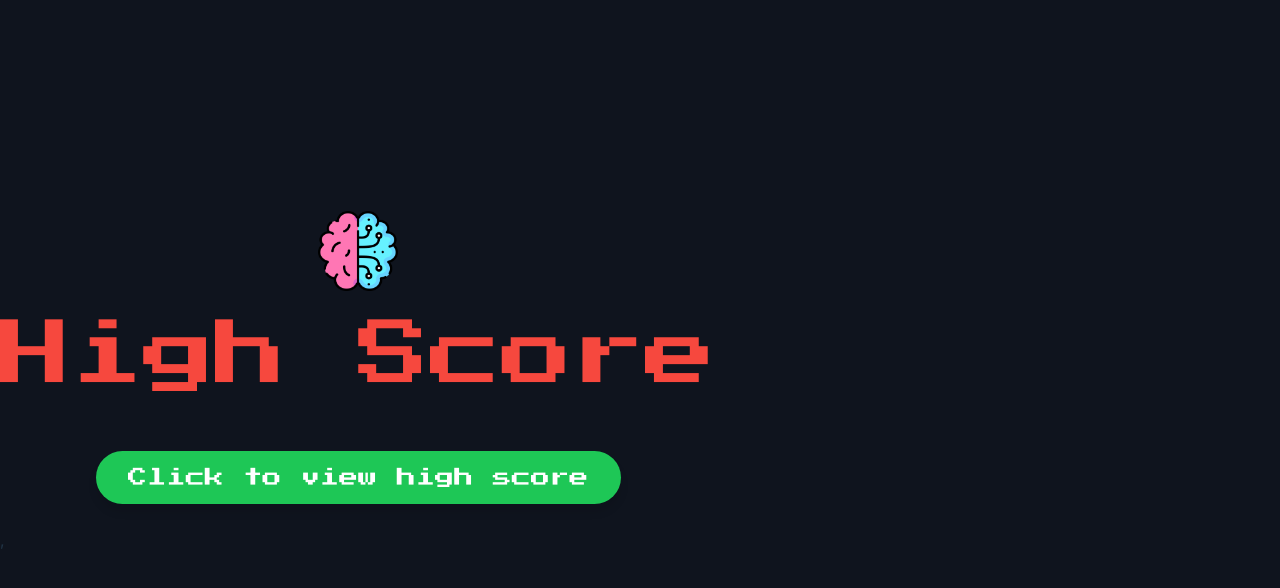
Repository: Shenixo/Color_match_game
Page: /high_score
These files come from the project's save history. The page is drawn as it stood at one moment and after the next save; the edit follows.
The browser window is 1280 px wide. The pictures show the whole page.
The project was rebuilt for these pictures with package versions that can differ from the ones it lists, and the page was loaded fresh each time. Also part of the build but not shown: vite.config.js, src/Components/Card/Card.css, src/Components/Card/Card.jsx, src/Pages/Home/Home.jsx, src/Pages/Rules/Rules.css, src/Pages/Rules/Rules.jsx, src/Pages/Sound/Sound.jsx, src/Pages/GamePlay/GamePlay.css and 3 more. Imported but missing from the stored project, and not drawn on this page: src/assets/button_clicks.wav, src/assets/celebration.mp3, src/assets/game_theme_sound.mp4, src/assets/lose.wav, src/assets/win.wav.

Above is the page before, as saved 2025-02-04 15:23:20.

After the next save:
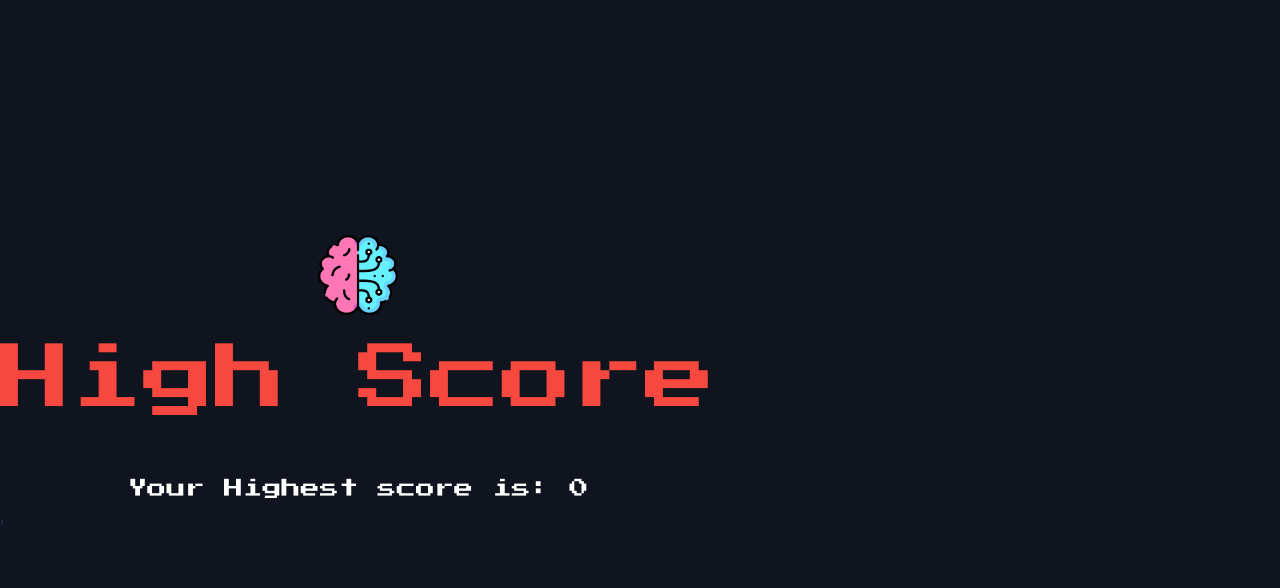
Saved 53 s later.
--- a/src/Pages/HighScore/HighScore.jsx
+++ b/src/Pages/HighScore/HighScore.jsx
@@ -42,7 +42,7 @@
       ) : null}
       <div className="container">
         <Title content="High Score" />
-        {!viewHighScore ? (
+        {viewHighScore ? (
           <Tab
             content="Click to view high score"
             onClickTab={handleViewHighScore}

After the save that followed:
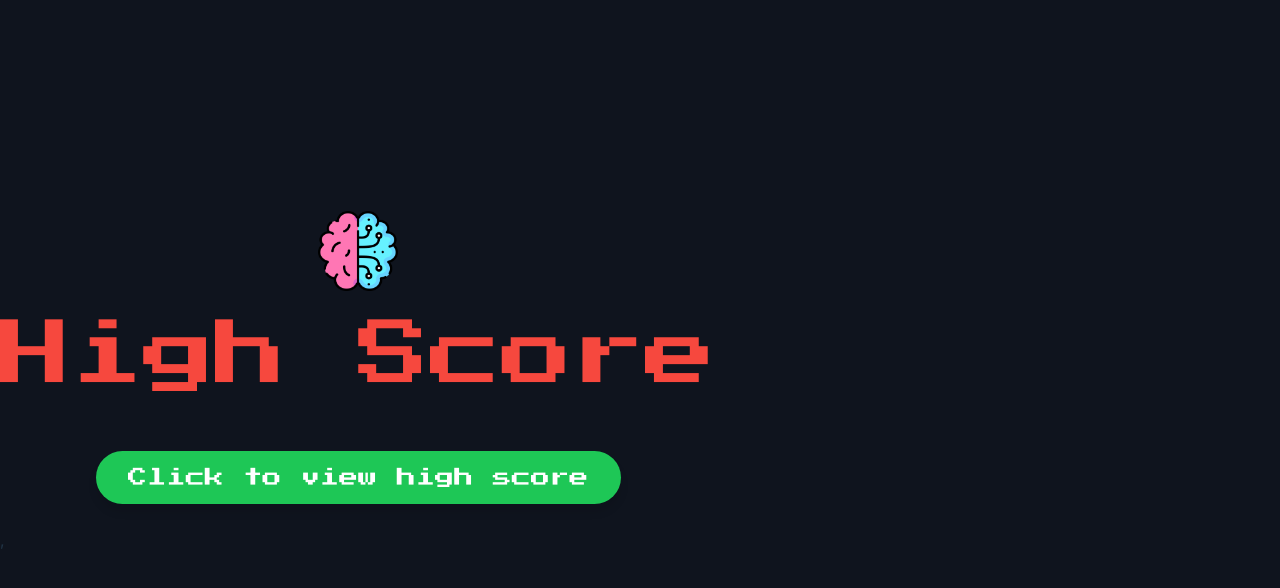
Saved 9 s later.
--- a/src/Pages/HighScore/HighScore.jsx
+++ b/src/Pages/HighScore/HighScore.jsx
@@ -42,7 +42,7 @@
       ) : null}
       <div className="container">
         <Title content="High Score" />
-        {viewHighScore ? (
+        {!viewHighScore ? (
           <Tab
             content="Click to view high score"
             onClickTab={handleViewHighScore}
